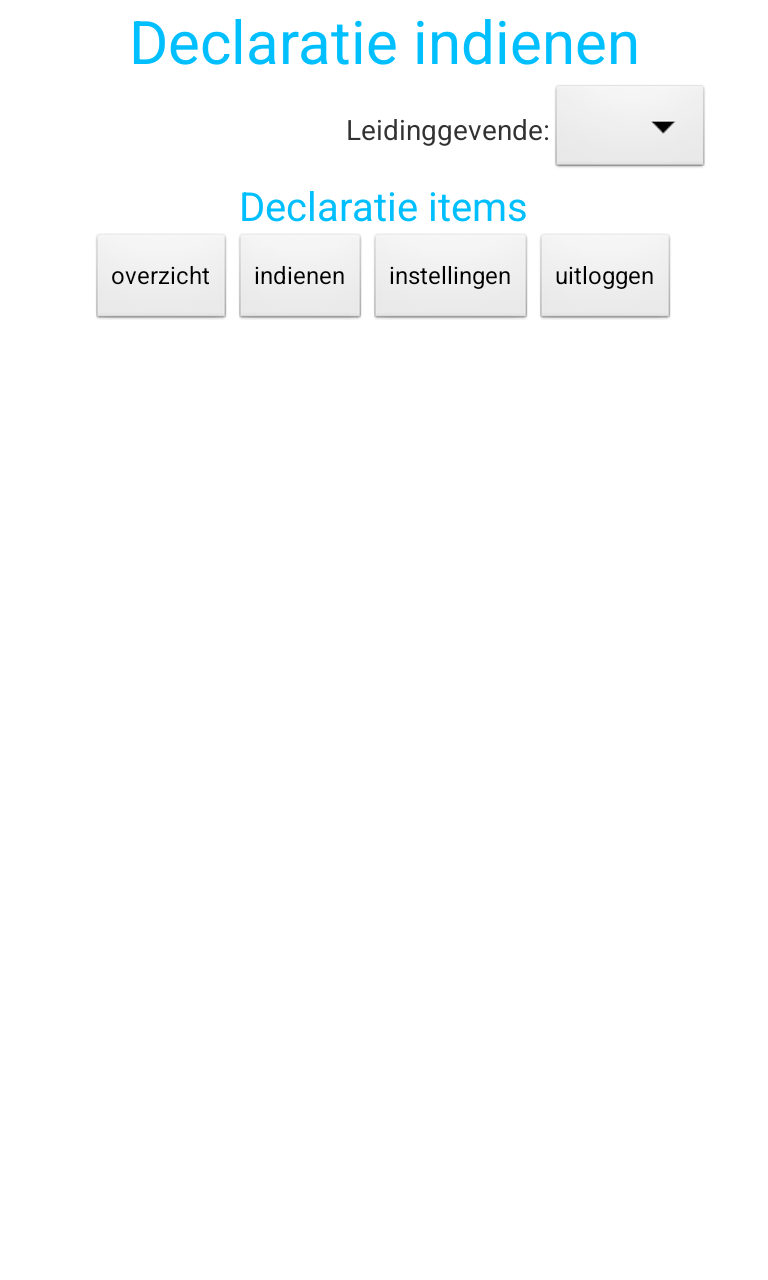
Repository: alexanderbolhuis/ilmoitus_mobile
Layout: LoginActivity/res/layout/activity_declare.xml
An editor plug-in stored every save of this project. The layout is shown before and after the next save, followed by the edit.
It is drawn on a 768 x 1280 px phone screen (xhdpi) without system bars, with theme AppTheme; the app's code is not run.

Above is the layout before, as saved 2014-05-04 18:51:03.

After the next save:
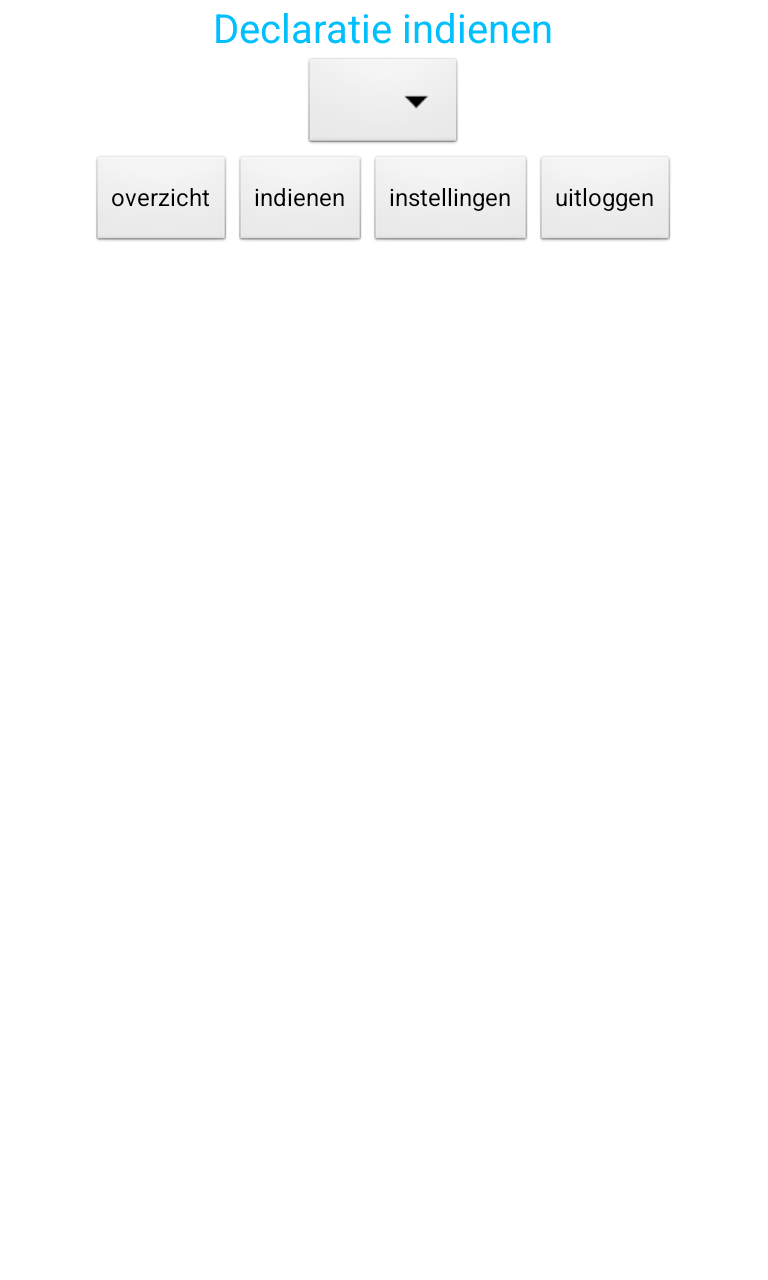
Saved 4 min 45 s later.
--- a/LoginActivity/res/layout/activity_declare.xml
+++ b/LoginActivity/res/layout/activity_declare.xml
@@ -1,103 +1,64 @@
-<?xml version="1.0" encoding="utf-8"?>
 <LinearLayout xmlns:android="http://schemas.android.com/apk/res/android"
     xmlns:tools="http://schemas.android.com/tools"
-    android:layout_width="fill_parent"
-    android:layout_height="fill_parent"
+    android:layout_width="match_parent"
+    android:layout_height="match_parent"
     android:orientation="vertical"
     tools:ignore="all" >
 
-	<TableLayout xmlns:android="http://schemas.android.com/apk/res/android"
+    <TextView
+        android:id="@+id/person_title"
+        android:layout_width="wrap_content"
+        android:layout_height="wrap_content"
+        android:layout_gravity="center_horizontal"
+        android:text="Declaratie indienen"
+        android:textColor="#00BFFF"
+        android:textSize="20sp" />
 
-	    android:layout_width="fill_parent"
-	    android:layout_height="fill_parent"
-	    android:orientation="vertical"
-	     >
+    <Spinner
+      	android:id="@+id/spinner1"
+        android:layout_width="wrap_content"
+       	android:layout_height="50dp"
+       	android:prompt="@string/prompt_spinner"
+       	android:layout_gravity="center_horizontal"/>
 
-	    <TextView
-	        android:id="@+id/person_title"
-	        android:layout_width="wrap_content"
-	        android:layout_height="wrap_content"
-	        android:text="Declaratie indienen"
-	        android:textColor="#00BFFF"
-	        android:textSize="30dp"
-	        android:gravity="center" />
+    <LinearLayout
+        android:layout_width="match_parent"
+        android:layout_height="wrap_content"
+        android:gravity="center" >
 
-	    <TableRow
-	        android:id="@+id/tableRow1"
-	        android:layout_width="match_parent"
-	        android:layout_height="wrap_content"
-	        android:gravity="center" >
+        <!-- TODO: make icons for the buttons -->
 
-	        <TextView
-	            android:text="Leidinggevende:"
-	            android:layout_width="wrap_content"
-	            android:layout_height="wrap_content"
-	            android:layout_column="1"/>
-	        <Spinner
-	      		android:id="@+id/spinner1"
-	        	android:layout_width="wrap_content"
-	       		android:layout_height="wrap_content"
-	       		android:prompt="@string/prompt_spinner"
-	       		android:width="100px"/>
-	    </TableRow>
+        <Button
+            android:id="@+id/buttonOvervieuw"
+            android:layout_width="wrap_content"
+            android:layout_height="wrap_content"
+            android:onClick="onButtonClick"
+            android:text="@string/overvieuw"
+            android:textSize="12sp" />
 
-	    <TableRow
-	        android:id="@+id/tableRow2"
-	        android:layout_width="match_parent"
-	        android:layout_height="wrap_content"
-	        android:gravity="center_horizontal">
+        <Button
+            android:id="@+id/buttonDeclare"
+            android:layout_width="wrap_content"
+            android:layout_height="wrap_content"
+            android:onClick="onDeclareButtonClick"
+            android:text="@string/declare"
+            android:textSize="12sp" />
 
-	        <TextView
-	            android:text="Declaratie items"
-	        	android:layout_width="wrap_content"
-	        	android:layout_height="wrap_content"
-	        	android:textColor="#00BFFF"
-	        	android:textSize="20dp" />
+        <Button
+            android:id="@+id/buttonSetting"
+            android:layout_width="wrap_content"
+            android:layout_height="wrap_content"
+            android:onClick="onButtonClick"
+            android:text="@string/settings"
+            android:textSize="12sp" />
 
-	    </TableRow>
+        <Button
+            android:id="@+id/buttonLogout"
+            android:layout_width="wrap_content"
+            android:layout_height="wrap_content"
+            android:onClick="onButtonClick"
+            android:text="@string/log_out"
+            android:textSize="12sp" />
+    </LinearLayout>
 
-
-	    <LinearLayout
-	        android:layout_width="match_parent"
-	        android:layout_height="wrap_content"
-	        android:gravity="center" >
-
-	        <!-- TODO: make icons for the buttons -->
-
-	        <Button
-	            android:id="@+id/buttonOvervieuw"
-	            android:layout_width="wrap_content"
-	            android:layout_height="wrap_content"
-	            android:onClick="onButtonClick"
-	            android:text="@string/overvieuw"
-	            android:textSize="12sp" />
-
-	        <Button
-	            android:id="@+id/buttonDeclare"
-	            android:layout_width="wrap_content"
-	            android:layout_height="wrap_content"
-	            android:onClick="onDeclareButtonClick"
-	            android:text="@string/declare"
-	            android:textSize="12sp" />
-
-	        <Button
-	            android:id="@+id/buttonSetting"
-	            android:layout_width="wrap_content"
-	            android:layout_height="wrap_content"
-	            android:onClick="onButtonClick"
-	            android:text="@string/settings"
-	            android:textSize="12sp" />
-
-	        <Button
-	            android:id="@+id/buttonLogout"
-	            android:layout_width="wrap_content"
-	            android:layout_height="wrap_content"
-	            android:onClick="onButtonClick"
-	            android:text="@string/log_out"
-	            android:textSize="12sp" />
-	    </LinearLayout>
-
-	</TableLayout>
-</LinearLayout>>ut>
-
-</TableLayout>
+</LinearLayout>
